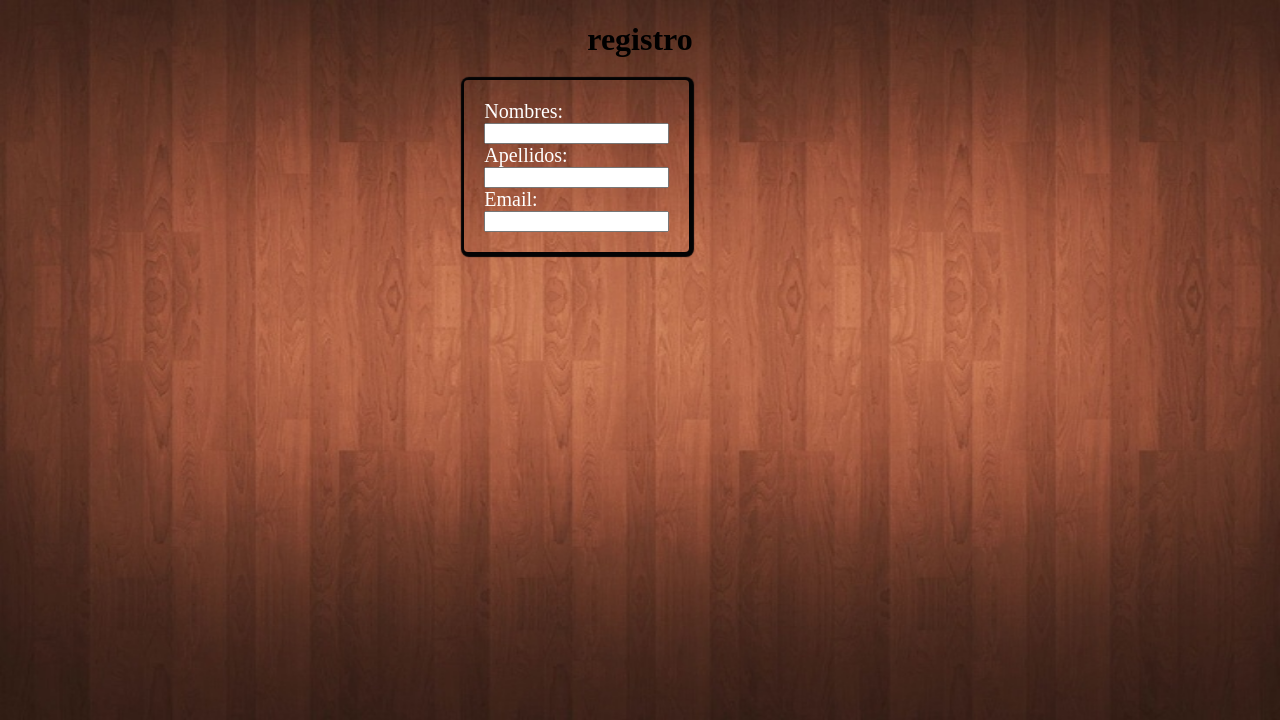
Repository: ye909/aplicacion_restaurante
Page: public/templeis/registro.html
The author's editor kept a copy of each file at every save. The page is drawn from the files as they stood at one save, then again after the next save.
The browser window is 1280 px wide. The pictures show the whole page.

Above is the page before, as saved 2024-11-12 21:37:52.

### public/templeis/registro.html
<!DOCTYPE html>
<html lang="en">
<head>
    <meta charset="UTF-8">
    <meta name="viewport" content="width=device-width, initial-scale=1.0">
    <link rel="stylesheet" href="../css/registro.css">
    <title>Document</title>
</head>
<body>
    <h1>registro</h1>
    <div class="container_registro">
        <form action="">
            <label for="nombres">Nombres:</label><br>
            <input type="text" id="nombres" name="nombres" required>
            <br>
            <label for="apellidos">Apellidos:</label><br>
            <input type="text" id="apellidos" name="apellidos" required>
            <br>
            <label for="email">Email:</label><br>
            <input type="email" id="email" name="email" email>
        </form>
    </div>
</body>
</html>

### public/css/registro.css

body{

    background-image: url(../imagen/fondo_card.jpg);
    background-attachment: fixed;
    background-size:cover;
    background-repeat:no-repeat;
    background-size: 100% 100%;
}
h1{
    text-align: center;
}
.container_registro{
    width: 90%;
    display: flex;
    justify-content: center;
    align-items:center;
}
form{

    padding: 20px;

  box-shadow: rgb(3, 3, 4) 1px 1px 1px 4px   ;
 border-radius: 4px;
}
label{
    color:white;
    font-size: 20px;
}
/* .nombres_apellido,.contacto_ciudad,.direccion,.Contraseña{
    display: flex;
    justify-content: space-between;
    align-items:center;
}
.container_cuenta{
    text-align: center;
}
h1{
    text-align: center;
    color:yellow;
}
.contaier_btnbotones{
    display: flex;
    justify-content: center;
    align-items: center;
    padding: 10px;

}
label{
    font-size: 20px;

}
input{
    padding: 10px;
    width: 400px;
    margin: 5px;
}
:is(button){
    padding: 6px;
    width: 160px;
    margin: 10px;
}
.checkbox{
    display: flex;
} */

After the next save:
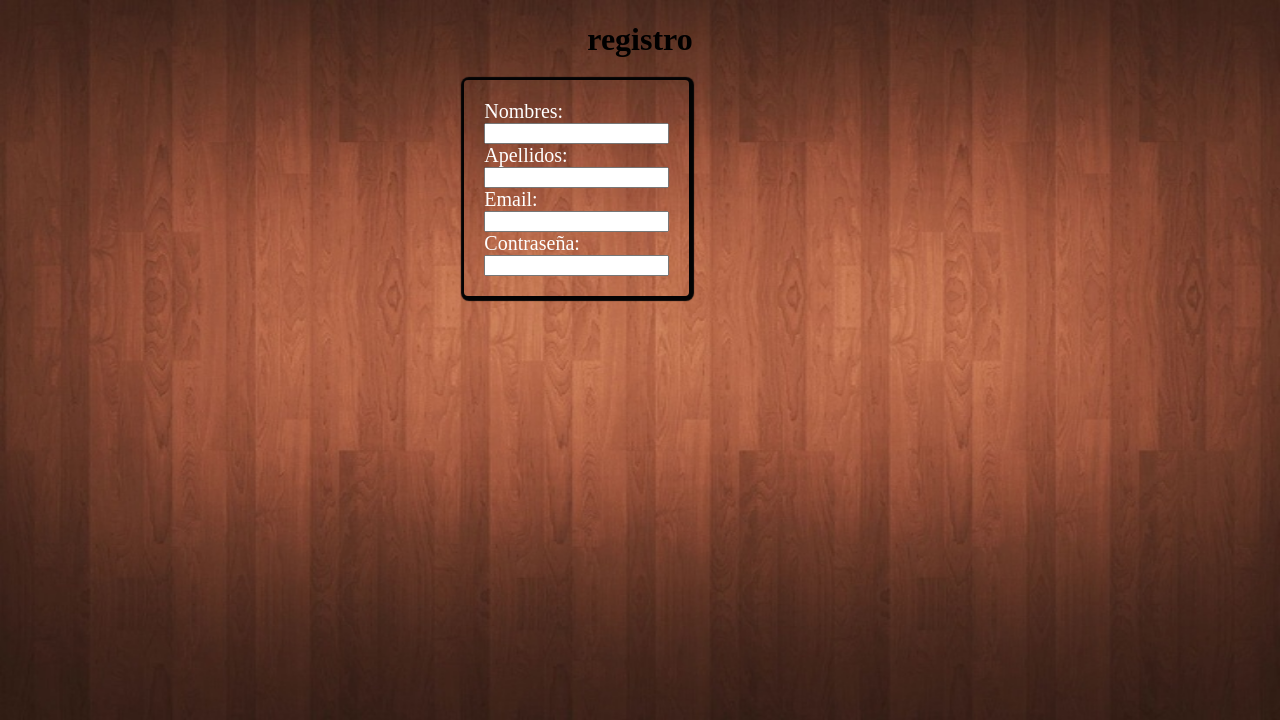
Saved 2 min 5 s later.
--- a/public/templeis/registro.html
+++ b/public/templeis/registro.html
@@ -18,6 +18,9 @@
             <br>
             <label for="email">Email:</label><br>
             <input type="email" id="email" name="email" email>
+            <br>
+            <label for="password">Contraseña:</label><br>
+            <input type="password" id="password" name="password">
         </form>
     </div>
 </body>
